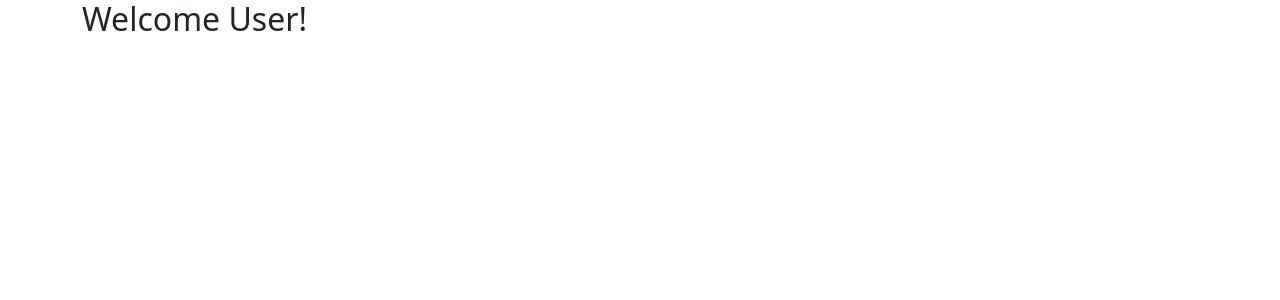
Repository: nyeinsu4520/coursera-test
Page: http://localhost/J2P_J2EE/welcome1.jsp
An editor plug-in stored every save of this project. The page is shown before and after the next save, followed by the edit.
The browser window is 1280 px wide. The pictures show the whole page.
The page is served by Tomcat 9.

Above is the page before, as saved 2024-05-27 13:25:20.

After the next save:
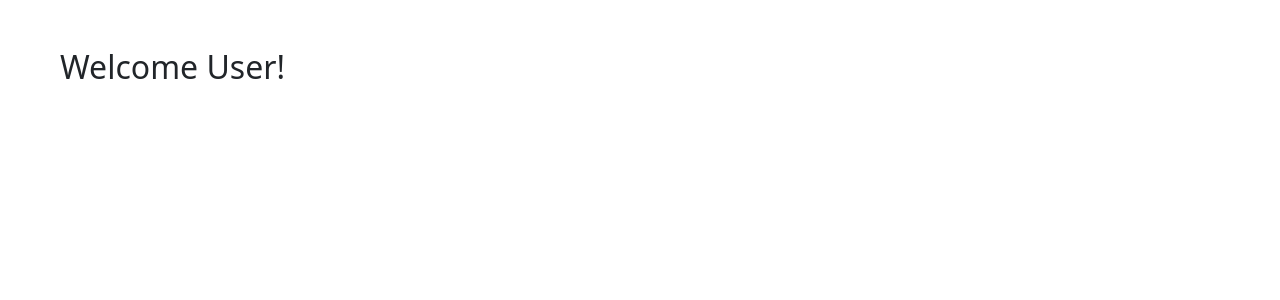
Saved 24 s later.
--- a/J2P_J2EE/src/main/webapp/welcome1.jsp
+++ b/J2P_J2EE/src/main/webapp/welcome1.jsp
@@ -12,7 +12,7 @@
 </head>
 <body>
 
-	<div class="container">
+	<div class="container m-5">
 	<h2>Welcome User!</h2>
 
 	</div>
